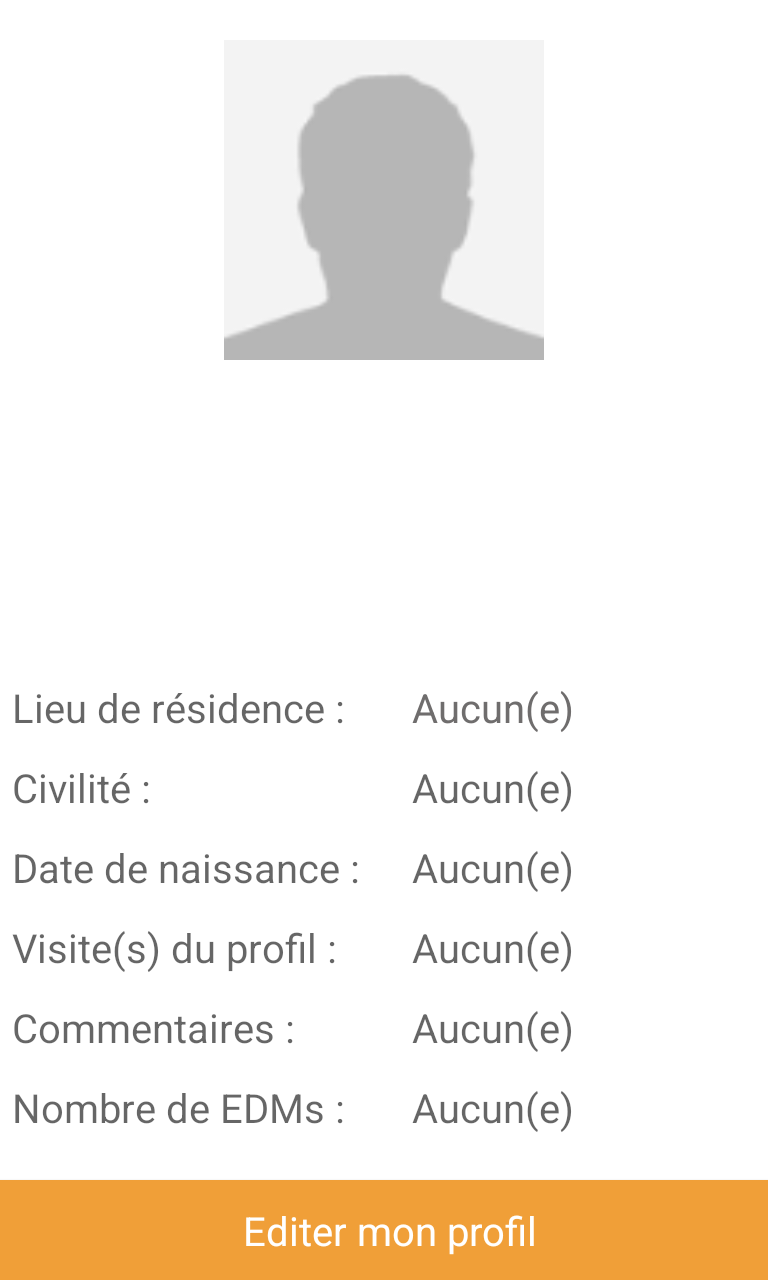
Repository: pierrealexvezinet/excusedemerde
Layout: edm/res/layout/account_fragment.xml
An editor plug-in stored every save of this project. The layout is shown before and after the next save, followed by the edit.
It is drawn on a 768 x 1280 px phone screen (xhdpi) without system bars, with theme Theme.AppCompat.Light; the app's code is not run.

Above is the layout before, as saved 2014-02-15 18:33:44.

### edm/res/layout/account_fragment.xml
<?xml version="1.0" encoding="utf-8"?>


    <RelativeLayout xmlns:android="http://schemas.android.com/apk/res/android"
        android:id="@+id/llt_login"
        android:layout_width="wrap_content"
        android:layout_height="wrap_content"
        android:layout_gravity="center"
        android:layout_marginTop="0dp"
        android:background="@color/white"
        android:orientation="vertical"
        android:scrollbars="none" >

        <RelativeLayout
            android:id="@+id/llt_photo"
            android:layout_width="match_parent"
            android:layout_height="wrap_content"
            android:layout_marginTop="0dp"
            android:background="@color/white"
            android:orientation="vertical" >

            <ImageView
                android:id="@+id/imgv_user_photo"
                android:layout_width="match_parent"
                android:layout_marginTop="20dp"
                android:layout_height="160dp"


                android:contentDescription="@string/user_photo"
                android:src="@drawable/avatar" />

        </RelativeLayout>

        <LinearLayout
            android:id="@+id/llt_infos_user"
            android:layout_width="match_parent"
            android:layout_height="290dp"
            android:layout_marginBottom="10dp"
               android:layout_alignParentBottom="true"
            android:background="@color/white"
            android:orientation="vertical" >

            <RelativeLayout
                android:id="@+id/llt_residence"
                android:layout_width="wrap_content"
                android:layout_height="wrap_content"
                android:layout_gravity="center"
                android:background="@color/edm_blue_background"
                android:orientation="vertical" >

                <TextView
                    android:id="@+id/tv_residence"
                    android:layout_width="200dp"
                    android:layout_height="40dp"
                    android:background="#FFFFFF"
                    android:ems="10"
                    android:hint="@string/lieu_residence_user"
                    android:minHeight="?android:attr/listPreferredItemHeight"
                    android:paddingLeft="6dip"
                    android:textAppearance="?android:attr/textAppearanceLarge"
                    android:textColor="@color/edm_grey_solid"
                    android:textSize="20sp" />

                <TextView
                    android:id="@+id/tv_residence_result"
                    android:layout_width="200dp"
                    android:layout_height="40dp"
                    android:layout_toRightOf="@id/tv_residence"
                    android:background="#FFFFFF"
                    android:ems="10"
                    android:text="@string/non_renseigne"
                    android:hint="@string/non_renseigne"
                    android:minHeight="?android:attr/listPreferredItemHeight"
                    android:paddingLeft="6dip"
                    android:textAppearance="?android:attr/textAppearanceLarge"
                    android:textColor="@color/edm_grey_solid"
                    android:textSize="20sp" />
            </RelativeLayout>

            <RelativeLayout
                android:id="@+id/llt_civilite"
                android:layout_width="wrap_content"
                android:layout_height="wrap_content"
                android:layout_gravity="center"
                android:background="@color/edm_blue_background"
                android:orientation="vertical" >

                <TextView
                    android:id="@+id/tv_civilite"
                    android:layout_width="200dp"
                    android:layout_height="40dp"
                    android:background="#FFFFFF"
                    android:ems="10"
                    android:hint="@string/civilite_user"
                    android:minHeight="?android:attr/listPreferredItemHeight"
                    android:paddingLeft="6dip"
                    android:textAppearance="?android:attr/textAppearanceLarge"
                    android:textColor="@color/edm_grey_solid"
                    android:textSize="20sp" />

                <TextView
                    android:id="@+id/tv_civilite_result"
                    android:layout_width="200dp"
                    android:layout_height="40dp"
                    android:layout_toRightOf="@id/tv_civilite"
                    android:background="#FFFFFF"
                    android:ems="10"
                    android:hint="@string/non_renseigne"
                    android:minHeight="?android:attr/listPreferredItemHeight"
                    android:paddingLeft="6dip"
                    android:textAppearance="?android:attr/textAppearanceLarge"
                    android:textColor="@color/edm_grey_solid"
                    android:textSize="20sp" />
            </RelativeLayout>

            <RelativeLayout
                android:id="@+id/llt_date_naissance"
                android:layout_width="wrap_content"
                android:layout_height="wrap_content"
                android:layout_gravity="center"
                android:background="@color/edm_blue_background"
                android:orientation="vertical" >

                <TextView
                    android:id="@+id/tv_date_naissance"
                    android:layout_width="200dp"
                    android:layout_height="40dp"
                    android:background="#FFFFFF"
                    android:ems="10"
                    android:hint="@string/date_naissance_user"
                    android:minHeight="?android:attr/listPreferredItemHeight"
                    android:paddingLeft="6dip"
                    android:textAppearance="?android:attr/textAppearanceLarge"
                    android:textColor="@color/edm_grey_solid"
                    android:textSize="20sp" />

                <TextView
                    android:id="@+id/tv_date_naissance_result"
                    android:layout_width="200dp"
                    android:layout_height="40dp"
                    android:layout_toRightOf="@id/tv_date_naissance"
                    android:background="#FFFFFF"
                    android:ems="10"
                    android:hint="@string/non_renseigne"
                    android:minHeight="?android:attr/listPreferredItemHeight"
                    android:paddingLeft="6dip"
                    android:textAppearance="?android:attr/textAppearanceLarge"
                    android:textColor="@color/edm_grey_solid"
                    android:textSize="20sp" />
            </RelativeLayout>

            <RelativeLayout
                android:id="@+id/llt_visites_profil"
                android:layout_width="wrap_content"
                android:layout_height="wrap_content"
                android:layout_gravity="center"
                android:background="@color/edm_blue_background"
                android:orientation="vertical" >

                <TextView
                    android:id="@+id/tv_visites_profil"
                    android:layout_width="200dp"
                    android:layout_height="40dp"
                    android:background="#FFFFFF"
                    android:ems="10"
                    android:hint="@string/visite_du_profil_user"
                    android:minHeight="?android:attr/listPreferredItemHeight"
                    android:paddingLeft="6dip"
                    android:textAppearance="?android:attr/textAppearanceLarge"
                    android:textColor="@color/edm_grey_solid"
                    android:textSize="20sp" />

                <TextView
                    android:id="@+id/tv_visites_profil_result"
                    android:layout_width="200dp"
                    android:layout_height="40dp"
                    android:layout_toRightOf="@id/tv_visites_profil"
                    android:background="#FFFFFF"
                    android:ems="10"
                    android:hint="@string/non_renseigne"
                    android:minHeight="?android:attr/listPreferredItemHeight"
                    android:paddingLeft="6dip"
                    android:textAppearance="?android:attr/textAppearanceLarge"
                    android:textColor="@color/edm_grey_solid"
                    android:textSize="20sp" />
            </RelativeLayout>

            <RelativeLayout
                android:id="@+id/llt_nb_commentaires"
                android:layout_width="wrap_content"
                android:layout_height="wrap_content"
                android:layout_gravity="center"
                android:background="@color/edm_blue_background"
                android:orientation="vertical" >

                <TextView
                    android:id="@+id/tv_nb_commentaires"
                    android:layout_width="200dp"
                    android:layout_height="40dp"
                    android:background="#FFFFFF"
                    android:ems="10"
                    android:hint="@string/nb_commentaire_user"
                    android:minHeight="?android:attr/listPreferredItemHeight"
                    android:paddingLeft="6dip"
                    android:textAppearance="?android:attr/textAppearanceLarge"
                    android:textColor="@color/edm_grey_solid"
                    android:textSize="20sp" />

                <TextView
                    android:id="@+id/tv_nb_commentaires_result"
                    android:layout_width="200dp"
                    android:layout_height="40dp"
                    android:layout_toRightOf="@id/tv_nb_commentaires"
                    android:background="#FFFFFF"
                    android:ems="10"
                    android:hint="@string/non_renseigne"
                    android:minHeight="?android:attr/listPreferredItemHeight"
                    android:paddingLeft="6dip"
                    android:textAppearance="?android:attr/textAppearanceLarge"
                    android:textColor="@color/edm_grey_solid"
                    android:textSize="20sp" />
            </RelativeLayout>

            <RelativeLayout
                android:id="@+id/llt_nb_edm"
                android:layout_width="wrap_content"
                android:layout_height="wrap_content"
                android:layout_gravity="center"
                android:background="@color/edm_blue_background"
                android:orientation="vertical" >

                <TextView
                    android:id="@+id/tv_nb_edm"
                    android:layout_width="200dp"
                    android:layout_height="40dp"
                    android:background="#FFFFFF"
                    android:ems="10"
                    android:hint="@string/nb_edms_user"
                    android:minHeight="?android:attr/listPreferredItemHeight"
                    android:paddingLeft="6dip"
                    android:textAppearance="?android:attr/textAppearanceLarge"
                    android:textColor="@color/edm_grey_solid"
                    android:textSize="20sp" />

                <TextView
                    android:id="@+id/tv_nb_edm_result"
                    android:layout_width="200dp"
                    android:layout_height="40dp"
                    android:layout_toRightOf="@id/tv_nb_edm"
                    android:background="#FFFFFF"
                    android:ems="10"
                    android:hint="@string/non_renseigne"
                    android:minHeight="?android:attr/listPreferredItemHeight"
                    android:paddingLeft="6dip"
                    android:textAppearance="?android:attr/textAppearanceLarge"
                    android:textColor="@color/edm_grey_solid"
                    android:textSize="20sp" />
            </RelativeLayout>
        </LinearLayout>


    <Button
        android:id="@+id/bt_user_edit_profil"
        android:layout_width="match_parent"
        android:layout_height="50dp"
        android:layout_alignParentBottom="true"
        android:layout_alignParentLeft="true"
        android:background="#F09F38"
        android:hint="@string/connexion_edm"
        android:minHeight="?android:attr/listPreferredItemHeight"
        android:paddingLeft="6dip"
        android:text="@string/editer_profil"
        android:textAppearance="?android:attr/textAppearanceLarge"
        android:textColor="#FFFFFF"
        android:textSize="20sp" />

</RelativeLayout>

### edm/res/values/colors.xml
<?xml version="1.0" encoding="utf-8"?>
<resources>

    <color name="edm_blue_background" >#AAD2E9</color>
    <color name="edm_blue_dark_background">#368ABA</color>
    <color name="btn_accueil_color">#D98E20</color>
    <color name="btn_forum_color">#97AC72</color>
    <color name="btn_shopping_color">#EA877B</color>
    <color name="btn_account_color">#D0AEC6</color>
    <color name="btn_pipotek_color">#C6CAFB</color>
    <color name="btn_parametres_color">#B877D6</color>


    <color name="bg_start">#000000</color>
    <color name="bg_end">#293436</color>
    <color name="bg_mentions_start">#529d07</color>
    <color name="bg_mentions_end">#d3ff00</color>
    <color name="bg">#FFF</color>
    <color name="bg_dialog">#adadad</color>
    <color name="catalog_titlebar_background">#60ab21</color>
    <color name="reduction_titlebar_background">#60ab21</color>
    <color name="menu_background">#FFF</color>
    <color name="menu_background_selected">#888</color>
    <color name="bg_selectedcell">#3C3A3A</color>
    <color name="bt_text">#352a26</color>
    <color name="text_info">#999999</color>
    <color name="text_green">#ADCB10</color>
    <color name="text_black">#000000</color>
    <color name="text_lightgrey">#989898</color>
    <color name="text_grey">#888888</color>
    <color name="blanc">#FFFFFF</color>
    <color name="white">#FFFFFF</color>
    <color name="debug">#33FF0000</color>
    <color name="debug2">#3300FF00</color>
    <color name="translucent_black">#AA000000</color>
    <color name="transparent">#00000000</color>
    <color name="pink">#D3007E</color>
    <color name="red">#F00</color>
    <color name="background">#88000000</color>
    <color name="pense_bete_text">#000000</color>
    <color name="my_list_parent_text">#181947</color>
    <color name="edm_green">#83af0b</color>
    <color name="edm_green_tap">#9eca32</color>
    <color name="edm_green_translucent">#CC83af0b</color>
    <color name="edm_green_translucent_tap">#CC9eca32</color>
    <color name="edm_pink">#cb0081</color>
    <color name="edm_pink_tap">#FF82C6</color>
    <color name="edm_pink_translucent">#CCcb0081</color>
    <color name="edm_pink_translucent_tap">#CCFF82C6</color>
    <color name="edm_white_translucent">#CCFFFFFF</color>
    <color name="edm_black_translucent">#CC000000</color>
    <color name="edm_grey_solid">#6f6d6d</color>
    <color name="edm_orange">#ff6c00</color>
    <color name="edm_light_orange">#ff912C</color>
    <color name="edm_white_cream">#efeae8</color>
    <color name="edm_cream_button">#f2eeec</color>
    <color name="edm_light_grey">#ccc2be</color>
    <color name="edm_black">#181947</color>
    <color name="edm_dark_grey">#a5918a</color>
    <color name="edm_dark_grey_translucent">#CCa5918a</color>
    <color name="edm_button_gray_text">#a5918a</color>
    <color name="edm_button_gray_background">#CCefeae8</color>
    <color name="edm_button_gray_deactivated_text">#efeae8</color>
    <color name="edm_button_gray_deactivated_background">#CCffffff</color>

</resources>

### edm/res/values/strings.xml
<?xml version="1.0" encoding="utf-8"?>
<resources>

    <!-- EDM GENERAL -->
    <string name="app_name">Excuse de merde</string>
    <string name="action_settings">Settings</string>
    <string name="drawer_open">Drawer ouvert</string>
    <string name="drawer_closed">Drawer fermé</string>
    <string name="ac_refresh">Refresh</string>

    <!-- EDM ALERT DIALOG PARAMETRES MES EDMS -->
    <string name="title_alert_dialog_retour_accueil">Information</string>
    <string name="button_valid_retour_accueil">Retourner à l\'accueil</string>
    <string name="message_aucunes_edms_utilisateur">Vous n\'avez pas d\'EDMs.</string>
    <string name="message_pas_connecte_voir_edms">Vous devez être connécté pour voir vos EDMs.</string>

    <!-- EDM ALERT DIALOG EDM FRAGMENT ACTIVITY CONNECTE POUR POSTER EDM -->
    <string name="title_alert_dialog_retour_to_post_edm">Attention</string>
    <string name="button_connect_me">Me connecter !</string>
    <string name="message_pas_connecte">Vous devez être connecté pour pouvoir poster des EDMs.</string>

    <!-- EDM MES EDMS -->
    <string name="app_name_mes_edms">Mes EDMs</string>

    <!-- EDM CLASSEMENT TOP TEN DES MYTHOS -->
    <string name="app_name_top_ten_des_mythos">Top 10 des mythos</string>

    <!-- EDM PROGRESS BAR -->
    <string name="chargement_en_cours">Chargement en cours</string>
    <string name="merci_de_patienter">Merci de patienter</string>

    <!-- EDM AUTHENTICATION -->
    <string name="app_name_authentication">Authentification</string>

    <!-- EDM ACCUEIL -->
    <string name="app_name_accueil">Accueil</string>

    <!-- EDM POSTER EDM -->
    <string name="app_name_poster_edm">Poster une EDM</string>
    <string name="poster_edm_bt">Poster une EDM</string>
    <string name="text_edm_to_post">Votre EDM se tape ici ...</string>
    <string name="text_edm_posted_with_succes">Votre EDM a été postée avec succès</string>

    <!-- EDM ACCOUNT -->
    <string name="lieu_residence_user">Lieu de résidence :</string>
    <string name="civilite_user">Civilité :</string>
    <string name="date_naissance_user">Date de naissance :</string>
    <string name="visite_du_profil_user">Visite(s) du profil :</string>
    <string name="nb_commentaire_user">Commentaires :</string>
    <string name="nb_edms_user">Nombre de EDMs :</string>
    <string name="ma_photo">Ma photo :</string>
    <string name="non_renseigne">Aucun(e)</string>
    <string name="editer_profil">Editer mon profil</string>
    <string name="user_photo">user photo</string>

    <!-- EDM ROI DES MYTHOS -->
    <string name="app_name_roi_des_mythos">Roi des mythos</string>
    <string name="afficher_profil_roi_des_mythos">Afficher le profil</string>
    <string name="user_ne_souhaite_pas_partager_son_profil">Cet utilisateur n\'a pas souhaité partager les informations le concernant.</string>
    <string name="profil_user_hidden">Profil utlisateur caché</string>

    <!-- EDM EDIT ACCOUNT -->
    <string name="app_name_edition_profil">Edition profil</string>
    <string name="edit_civilite_user">Civilite</string>
    <string name="edit_date_de_naissance_user">Date de naissance</string>
    <string name="edit_ville_user">Résidence</string>
    <string name="edit_statut_user">Statut</string>
    <string name="edit_pays_user">Pays</string>
    <string name="edit_fuseau_user">user photo</string>
    <string name="edit_a_propos_user">A propos</string>
    <string name="edit_changer_photo_user">Avatar</string>
    <string name="edit_cacher_profil_user">Cacher Profil</string>
    <string name="valider_edition_edm">Valider</string>
    <string name="profil_mis_a_jour">Votre profil a correctement été mis à jour</string>

    <!-- EDM MENU DRAWER -->
    <string name="app_name_account">Mon Compte</string>
    <string name="drawer_menu_item_accueil">Accueil</string>
    <string name="drawer_menu_item_Forum">Forum</string>
    <string name="drawer_menu_item_Boutique">Boutique</string>
    <string name="drawer_menu_item_mon_compte">Mon compte</string>
    <string name="drawer_menu_item_pipotek">Pipotek</string>
    <string name="drawer_menu_item_parametres">Paramètres</string>

    <!-- EDM GENERAL -->


    <!-- EDM LOGIN -->
    <string name="pseudo_edm">Pseudo</string>
    <string name="password_edm">Mot de passe</string>
    <string name="remind_me_edm">Se souvenir de moi</string>
    <string name="connexion_edm">Connexion</string>

    <!-- EDM PARAMETRES -->
    <string name="app_name_parameters">Plus</string>
    <string name="mon_compte">MON COMPTE</string>
    <string name="forum">FORUM</string>
    <string name="boutique">BOUTIQUE</string>
    <string name="luminosite">LUMINOSITE</string>
    <string name="deconnexion">DECONNEXION</string>

    <!-- QUITTER EDM -->

    <string name="warning">Attention</string>
    <string name="quitt_edm_application">Souhaitez-vous vraiment quitter EDM ?</string>

</resources>

After the next save:
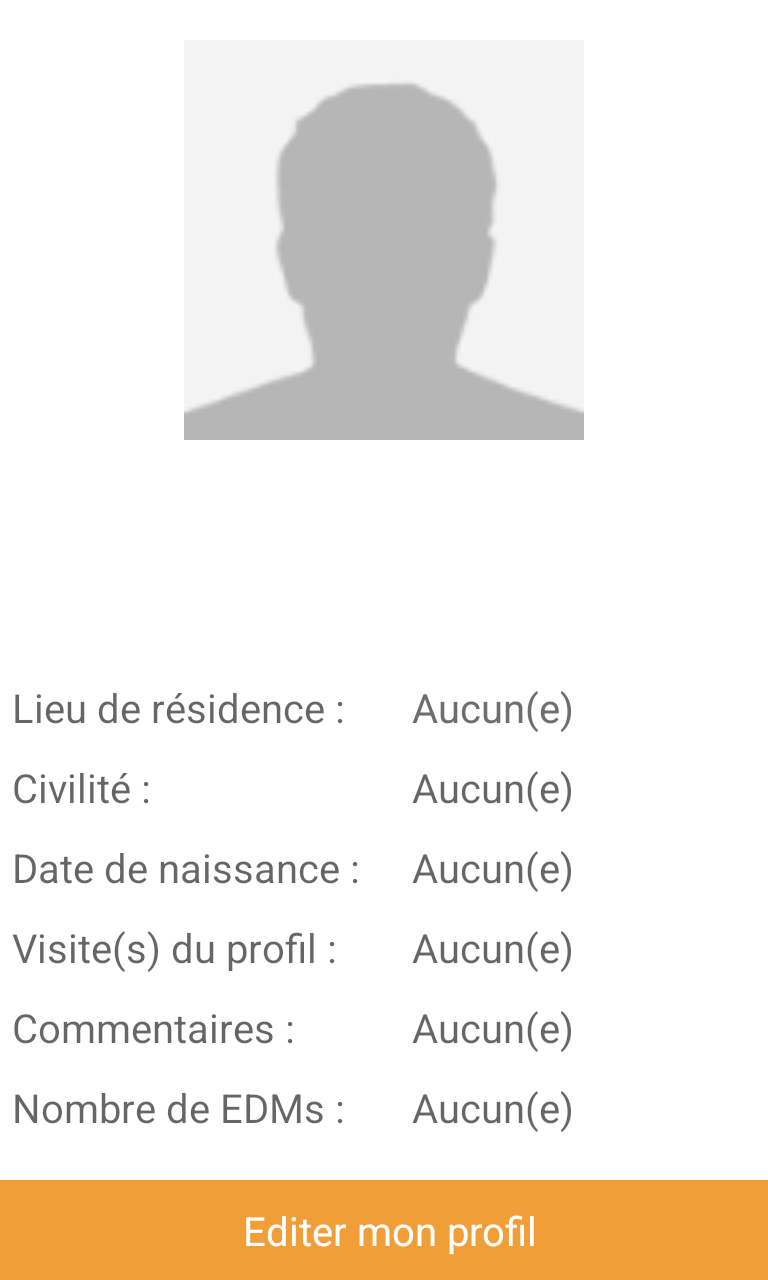
Saved 19 s later.
--- a/edm/res/layout/account_fragment.xml
+++ b/edm/res/layout/account_fragment.xml
@@ -23,7 +23,7 @@
                 android:id="@+id/imgv_user_photo"
                 android:layout_width="match_parent"
                 android:layout_marginTop="20dp"
-                android:layout_height="160dp"
+                android:layout_height="200dp"
 
 
                 android:contentDescription="@string/user_photo"
